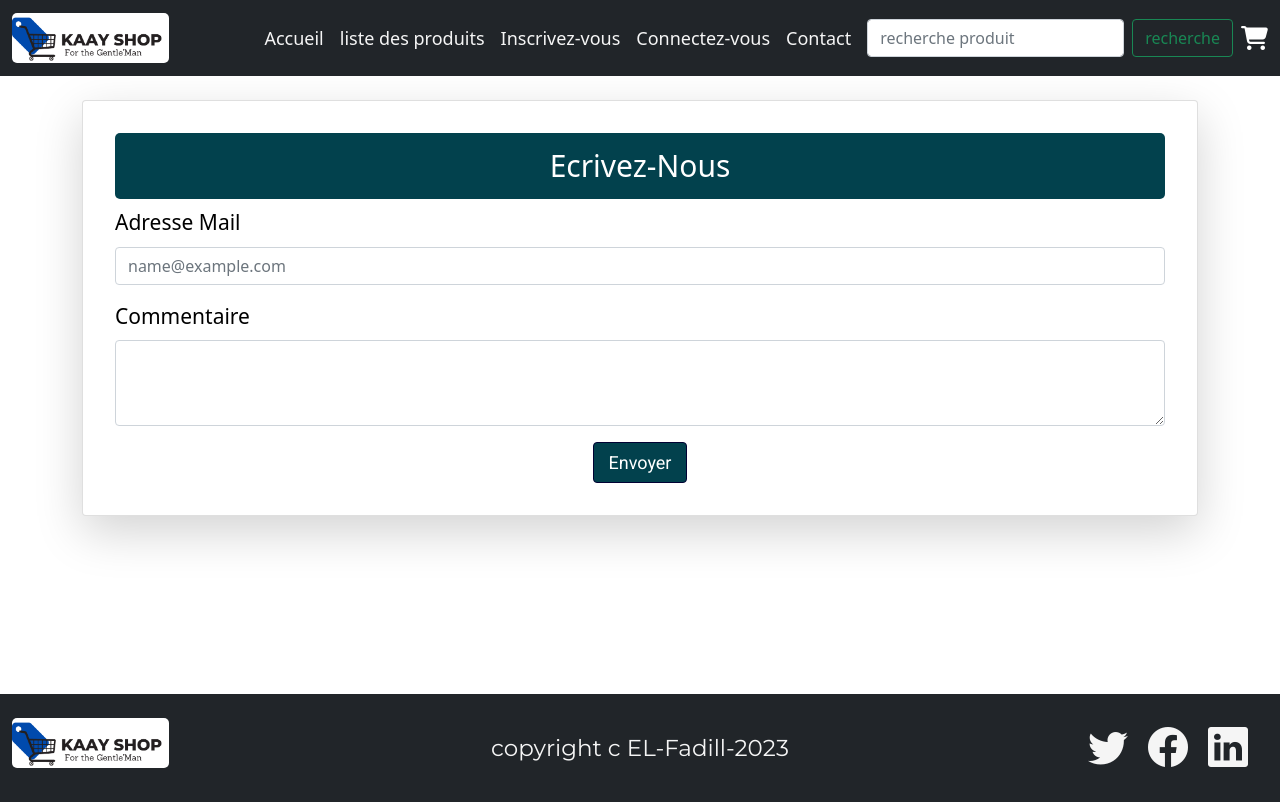
Repository: wadelfadill/Mini_projet_bootstrap_Site_vente_online
Page: contact.html
An editor plug-in stored every save of this project. The page is shown before and after the next save, followed by the edit.
The browser window is 1280 px wide. The pictures show the whole page.
Some web libraries are served in a nearby version.

Above is the page before, as saved 2023-05-19 11:18:11.

### contact.html
<!DOCTYPE html>
<html lang="en">
<head>
    <!--======== Website icone =======-->
    <link rel="shortcut icon" href="assets/images/logo/cart-shopping-solid.svg" type="image/x-icon">
    <meta charset="UTF-8">
    <meta http-equiv="X-UA-Compatible" content="IE=edge">
    <meta name="viewport" content="width=device-width, initial-scale=1.0">
    <!--=========== Title of Website ============-->
    <title>KAAY-SHOP</title>

    <!--======== Bootstrap Links ===========-->
    <link href="https://cdn.jsdelivr.net/npm/bootstrap@5.1.3/dist/css/bootstrap.min.css" rel="stylesheet" integrity="sha384-1BmE4kWBq78iYhFldvKuhfTAU6auU8tT94WrHftjDbrCEXSU1oBoqyl2QvZ6jIW3" crossorigin="anonymous">
    <link rel="stylesheet" href="https://cdn.jsdelivr.net/npm/bootstrap-icons@1.10.5/font/bootstrap-icons.css">
    <!--========= CSS links ===============-->
    <link rel="stylesheet" href="assets/css/style.css">
    <link rel="stylesheet" href="assets/css/contact_style.css">
    <!--========= Google Fonts Links =========-->
    <link rel="preconnect" href="https://fonts.googleapis.com">
    <link rel="preconnect" href="https://fonts.gstatic.com" crossorigin>
    <link href="https://fonts.googleapis.com/css2?family=Montserrat:wght@400;700&family=Roboto:wght@100;400;700&display=swap" rel="stylesheet">
    <!--========== Google Font-Awesome Script  ==========-->
    <script src="https://kit.fontawesome.com/8f130c8a35.js" crossorigin="anonymous"></script>

</head>
<body>
    <!-- ========== Start Header Section ========== -->
    <header id="header">
        <nav class="navbar navbar-expand-lg navbar-dark bg-dark fixed-top">
            <div class="container-fluid">
              <a class="navbar-brand" href="#header"><img src="assets/images/logo/kAAY SHOP.png" alt="" class="img-fluid website_logo"></a>
              <button class="navbar-toggler p-2 mt-2" type="button" data-bs-toggle="collapse" data-bs-target="#navbarSupportedContent" aria-controls="navbarSupportedContent" aria-expanded="false" aria-label="Toggle navigation">
                <i class="fa-solid fa-bars" style="color: #ffffff;"></i>
              </button>
              <div class="collapse navbar-collapse" id="navbarSupportedContent">
                <ul class="navbar-nav ms-auto mb-2 mb-lg-0 me-2">
                  <li class="nav-item">
                    <a class="nav-link active" aria-current="page" href="index.html">Accueil</a>
                  </li>
                  <li class="nav-item">
                    <a class="nav-link" href="list_product.html">liste des produits</a>
                  </li>
                  <li class="nav-item">
                    <a class="nav-link" href="registration.html">Inscrivez-vous</a>
                  </li>
                  <li class="nav-item">
                    <a class="nav-link" href="registration.html">Connectez-vous</a>
                  </li>
                  <li class="nav-item">
                    <a class="nav-link" href="contact.html">Contact</a>
                  </li>
                </ul>
                <form class="d-flex">
                  <input class="form-control me-2 search" type="search" placeholder="recherche produit" aria-label="Search">
                  <button class="btn btn-outline-success" type="submit">recherche</button>
                </form>
                <div class="market-icone ms-2">
                    <i class="fa-solid fa-cart-shopping fa-xl" style="color: #ffffff;"></i>
                </div>
              </div>
            </div>
        </nav>
    </header>
    <!-- ========== End Header Section ========== -->
    <!--==================================================-->
   <!-- ========== Start Main ========== -->
   <main id="main">
        <div class="container">
          <div class="row m-auto">
            <div class="card shadow-lg p-3 mb-5 bg-body ">
              <div class="card-body">
                  <h3 class="text-center titre-contact">Ecrivez-Nous</h3>
                  <form>
                    <div class="mb-3">
                      <label for="exampleFormControlInput1" class="form-label">Adresse Mail</label>
                      <input type="email" class="form-control" id="exampleFormControlInput1" placeholder="name@example.com">
                    </div>
                    <div class="mb-3">
                      <label for="exampleFormControlTextarea1" class="form-label">Commentaire</label>
                      <textarea class="form-control" id="exampleFormControlTextarea1" rows="3"></textarea>
                    </div>
                    <div class="text-center">
                      <button class="btn btn-primary">Envoyer</button>
                    </div>
                  </form>
              </div>
            </div>
          </div>
        </div>
   </main>
   <!-- ========== End Main ========== -->
   <!--========================================================-->
   <!-- ========== Start Footer Section ========== -->
   <footer id="footer" class="bg-dark navbar-dark">
    <div class="container-fluid pt-4 pb-4">
        <div class="row gap-5 gap-md-0">
            <div class="col-md-4 text-center text-md-start">
                <div class="logo">
                    <img src="assets/images/logo/kAAY SHOP.png" alt="" class="img-fluid website_logo">
                </div>
            </div>
            <div class="col-md-4 text-center my-auto">
                <div class="copyright">
                    copyright c EL-Fadill-2023
                </div>
            </div>
            <div class="col-md-4 text-center text-md-end my-auto">
                <div class="icones d-flex flex-row align-items-center justify-content-center justify-content-md-end gap-5 gap-md-0">
                    <i class="bi bi-twitter"></i>
                    <i class="bi bi-facebook"></i>
                    <i class="bi bi-linkedin"></i>
                </div>
            </div>
        </div>
    </div>
   </footer>
   <!-- ========== End Footer Section ========== -->
   <!--=========================================================-->
    <!--======= Bootstrap Js Script ==========-->
    <script src="https://cdn.jsdelivr.net/npm/bootstrap@5.1.3/dist/js/bootstrap.bundle.min.js" integrity="sha384-ka7Sk0Gln4gmtz2MlQnikT1wXgYsOg+OMhuP+IlRH9sENBO0LRn5q+8nbTov4+1p" crossorigin="anonymous"></script>
</body>
</html>

### assets/css/style.css
/* ======= General ==========*/
*{
    margin: 0;
    padding: 0;
    box-sizing: border-box;
}
body{
    margin: 0;
    padding: 0;
}


/* ======= header section ========*/
.website_logo{
    height: 50px;
    border-radius: 5px;
}
nav ul li a{
    font-family: 'Monserrat' 'sans serif';
    font-size: 18px;
    font-weight: 400;
    color: whitesmoke !important;
}
.navbar-toggler:focus{
    box-shadow: none;
}
.market-icone i{
    position: relative;
    display: inline-block;
    animation-name: market;
    animation-duration: 2s;
    animation-iteration-count: infinite;
}
@keyframes market{
    0%{
        transform: scale(1);
    }
    50%{
        transform: scale(1.2);
        color: rgb(201, 197, 197);
    }
    100%{
        transform: scale(1);
    }
}
@media screen and (max-width:992px) {
    .market-icone{
        margin-top: 20px;
    }

}
@media screen and (max-width:1162px) and (min-width: 992px) {
    nav ul li a{
        font-size: 15px;
        /* font-weight: 500; */
    }
    .website_logo{
        width: 120px;
    }
    .search{
        display: inline-block;
        width: 150px;
    }

}
main{
    /* height: 900px; */
}
#footer{
    font-size: 23px;
    color: whitesmoke;
    font-weight: 400;
    font-family: 'Montserrat';
}
#footer i{
    display: inline-block;
    font-size: 40px;
    padding-right: 20px;
    cursor: pointer;
}

### assets/css/contact_style.css
main{
    margin-top: 100px;
    margin-bottom: 130px;
}
.titre-contact{
    background: rgb(2, 65, 77) !important;
    color: white;
    font-family: 'Montserrat' 'sans serif';
    font-size: 30px;
    padding-top: 15px;
    padding-bottom: 15px;
    border-radius: 5px;
}
.btn-primary{
    background: rgb(2, 65, 77) !important;
    color: white !important;
    border: 1px solid rgb(1, 1, 51) !important;
    padding-left: 15px !important;
    padding-right: 15px !important;
}
.card label{
    color: black;
    font-family: 'Montserrat' 'sans serif';
    font-size: 21px;
}
.card button{
    font-family: 'Roboto';
    font-size: 18px;
    color: white;
}
.card input:focus, .card textarea:focus{
    box-shadow: 0px 0px 7px rgb(1, 1, 51) !important;
    /* border: 2px solid rgb(2, 65, 77) !important; */

}
.card button:focus{
    box-shadow: 0px 0px 5px rgb(1, 1, 51) !important;

}

After the next save:
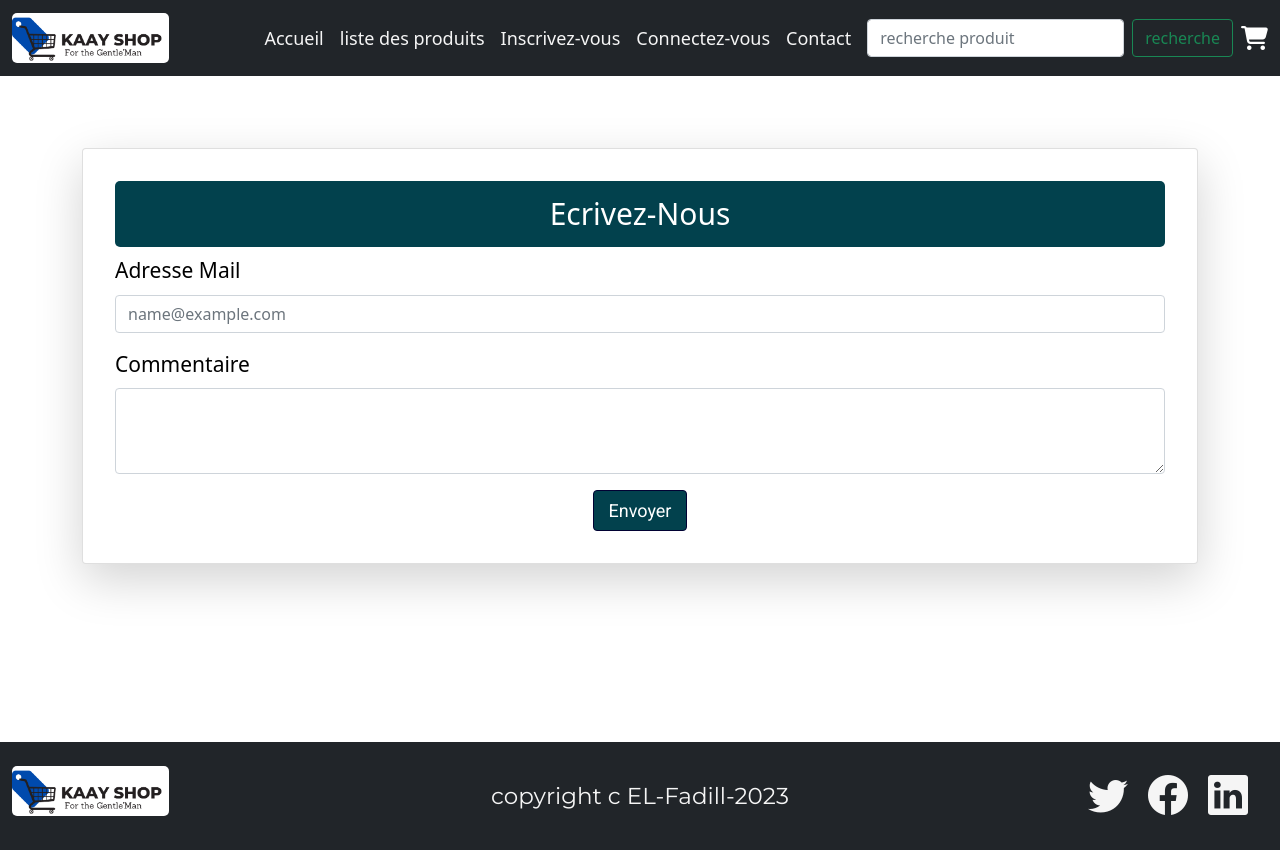
Saved 31 s later.
--- a/contact.html
+++ b/contact.html
@@ -67,7 +67,7 @@
    <main id="main">
         <div class="container">
           <div class="row m-auto">
-            <div class="card shadow-lg p-3 mb-5 bg-body ">
+            <div class="card shadow-lg p-3 mb-5 bg-body mt-5">
               <div class="card-body">
                   <h3 class="text-center titre-contact">Ecrivez-Nous</h3>
                   <form>
